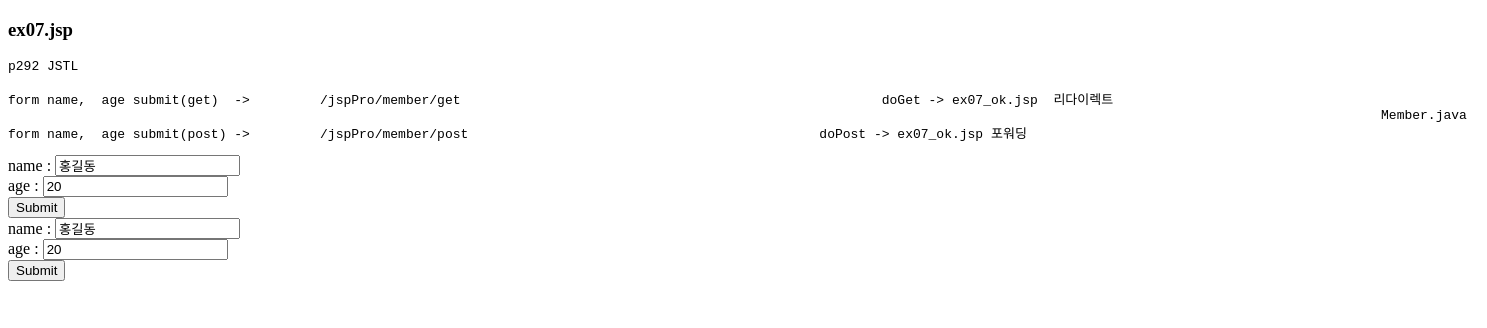
Repository: JavaYoo/kakao-emoticon-web-clone
Page: http://localhost/jspPro/days03/ex07.jsp
These files come from the project's save history. The page is drawn as it stood at one moment and after the next save; the edit follows.
The browser window is 1280 px wide. The page is 1487 px wide, so the pictures cover 1487 px, including what lies to the right of the window. The pictures show the whole page.
The page is served by Tomcat 9.

Above is the page before, as saved 2022-06-16 06:11:34.

After the next save:
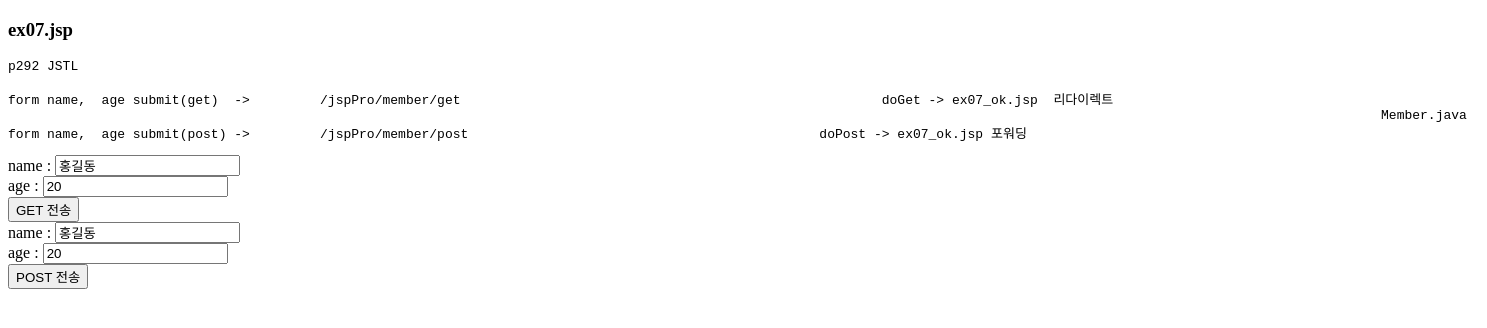
Saved 2 min 10 s later.
--- a/jspPro/src/main/webapp/days03/ex07.jsp
+++ b/jspPro/src/main/webapp/days03/ex07.jsp
@@ -27,15 +27,20 @@ form name,  age submit(post) -> 	/jspPro/member/post 						doPost -> ex07_ok.jsp
 <form action="<%=contextPath%>/member/get" method="get">
 name : <input type="text" name="name" value="홍길동" ><br>
 age : <input type="text" name="age" value="20" ><br>
-<input type="submit">
+<input type="submit" value="GET 전송">
 </form>
 
 <form action="<%=contextPath%>/member/post" method="post">
 name : <input type="text" name="name" value="홍길동" ><br>
 age : <input type="text" name="age" value="20" ><br>
-<input type="submit">
+<input type="button" value="POST 전송">
 </form>
 
+<script>
+	$("form:last-of-type :button").on("click", function(){
+		$(this).parents("form").submit();
+	})
+</script>
 
 
 </body>
